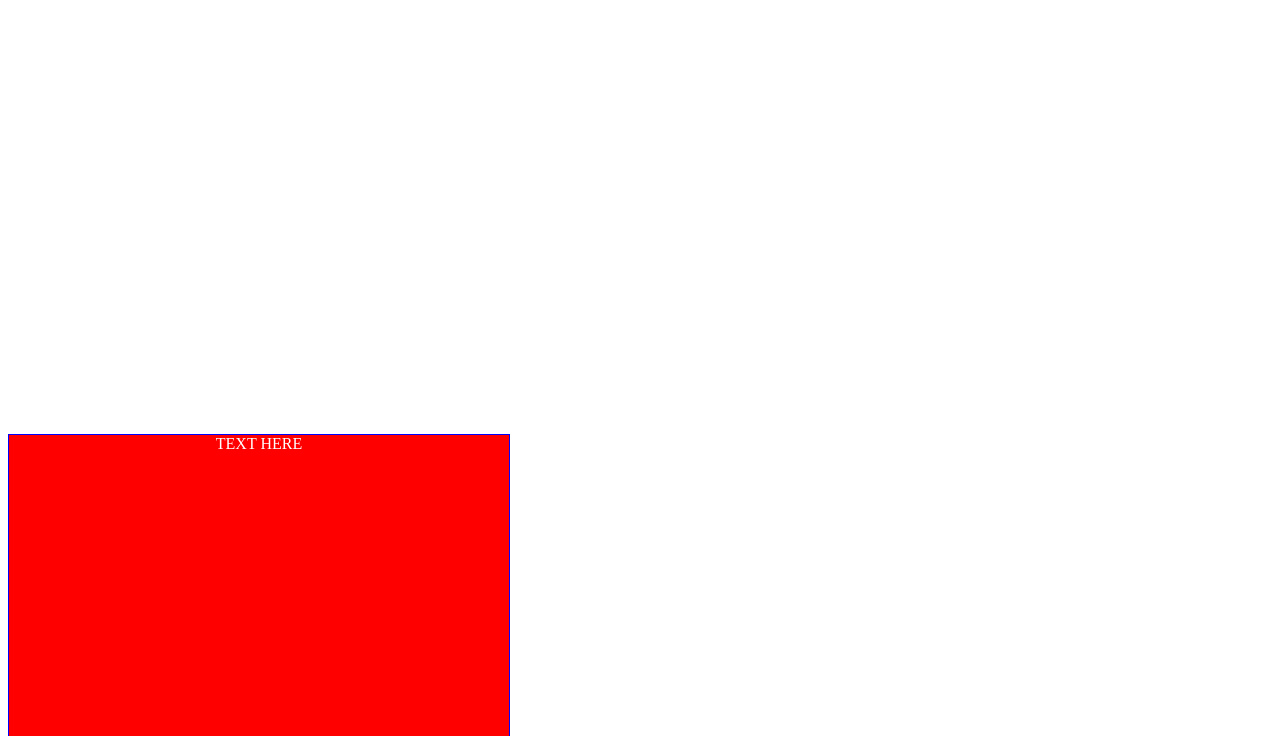
Repository: piyushiso/piyushiso.github.io
Page: random/daynight/index.html
The author's editor kept a copy of each file at every save. The page is drawn from the files as they stood at one save, then again after the next save.
The browser window is 1280 px wide. The page is 1288 px wide, so the pictures cover 1288 px, including what lies to the right of the window. The pictures show the whole page.

Above is the page before, as saved 2022-05-23 16:01:49.

### random/daynight/index.html
<html lang="en">
<head>
    <meta charset="UTF-8">
    <meta http-equiv="X-UA-Compatible" content="IE=edge">
    <meta name="viewport" content="width=device-width, initial-scale=1.0">
    <link href="styles/style.css" rel="stylesheet" />
    <title>Document</title>
</head>
<body>
    <div>
        TEXT HERE
    </div>
</body>
</html>

### random/daynight/styles/style.css
body{
    height: 100%;
    width: 100%;
    overflow: hidden;
}

body div{
    background: red;
    height: 500px;
    width: 500px;
    border: solid thin blue;
    position: absolute;
    bottom: -30%;
    text-align: center;
    color: white;
}

After the next save:
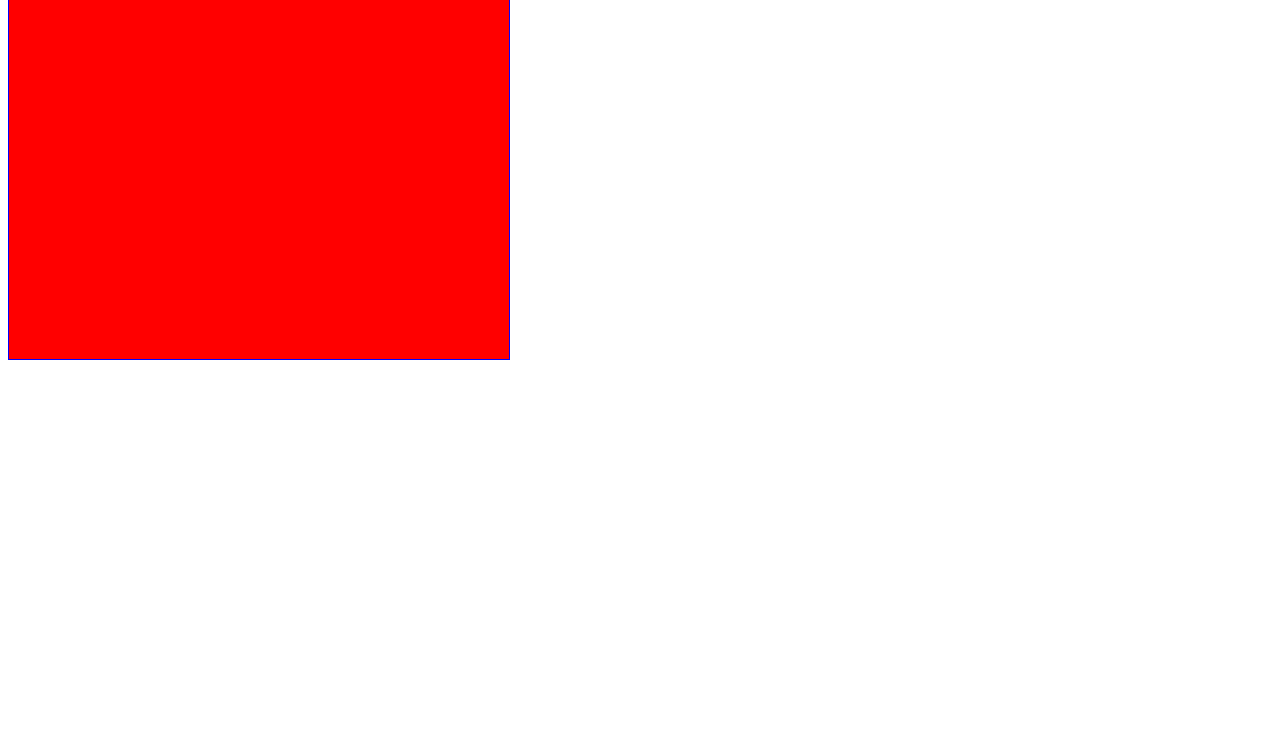
Saved 4 s later.
--- a/random/daynight/styles/style.css
+++ b/random/daynight/styles/style.css
@@ -10,7 +10,7 @@
     width: 500px;
     border: solid thin blue;
     position: absolute;
-    bottom: -30%;
+    bottom: 50%;
     text-align: center;
     color: white;
 }
